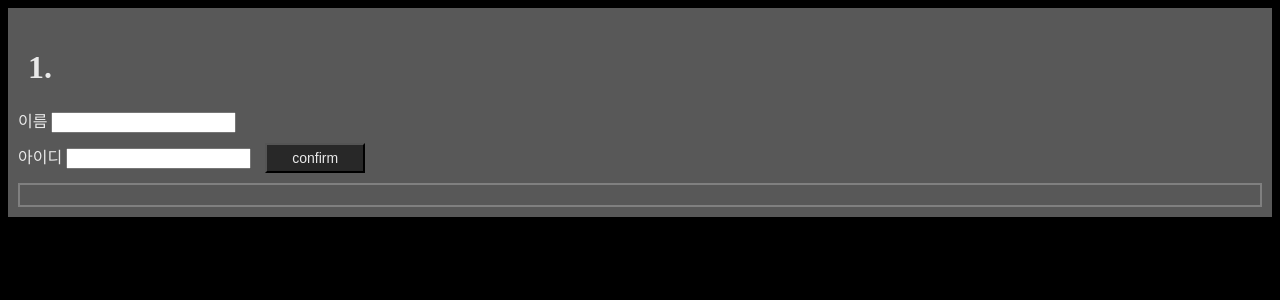
Repository: prawniel99/05_JQuery
Page: workspace/jqpro/WebContent/비동기4_XMLR_promise/postTest.html
The author's editor kept a copy of each file at every save. The page is drawn from the files as they stood at one save, then again after the next save.
The browser window is 1280 px wide. The pictures show the whole page.

Above is the page before, as saved 2024-08-23 01:16:52.

After the next save:
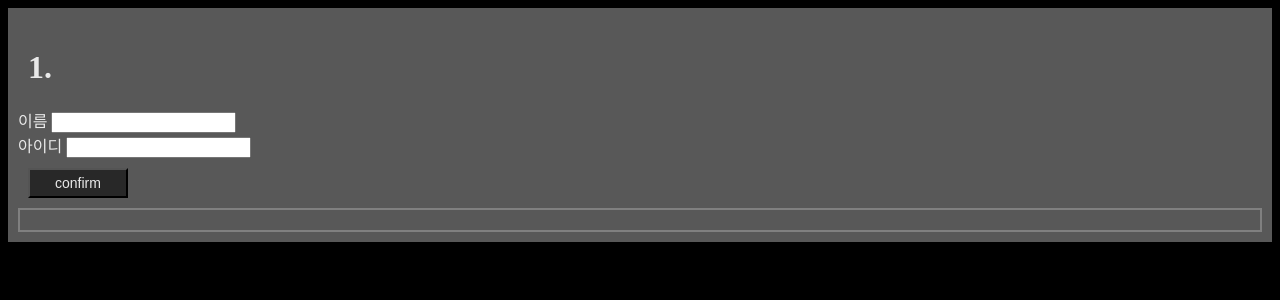
Saved 9 s later.
--- a/workspace/jqpro/WebContent/비동기4_XMLR_promise/postTest.html
+++ b/workspace/jqpro/WebContent/비동기4_XMLR_promise/postTest.html
@@ -14,7 +14,7 @@
 
         <form>
         	이름 <input type="text" name="name" id="name"><br>
-        	아이디 <input type="text"
+        	아이디 <input type="text" name="id" id="id"><br>
         </form>
 
         <input type="button" value="confirm" onclick="proc1()">
